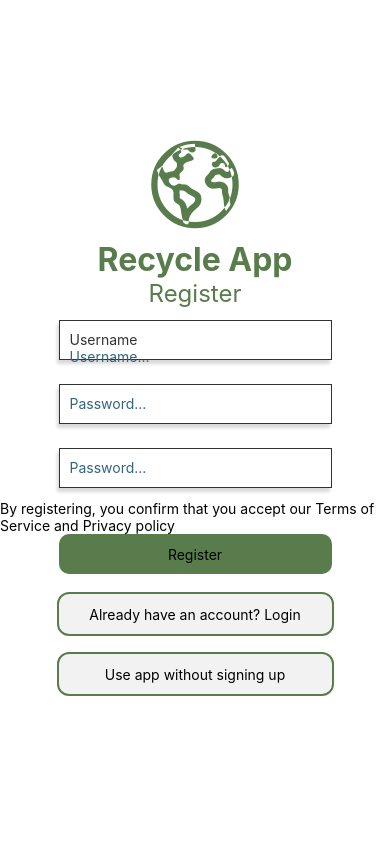
Repository: ct-pham/COMP4511
Screen: / (app in comp4511/)
The author's editor kept a copy of each file at every save. The screen is drawn from the files as they stood at one save, then again after the next save.
The app was drawn by React Native's web renderer in a window 390 px wide. The project was rebuilt for these pictures with package versions that can differ from the ones it lists, and the page was loaded fresh each time.

Above is the screen before, as saved 2022-11-07 16:57:25.

After the next save:
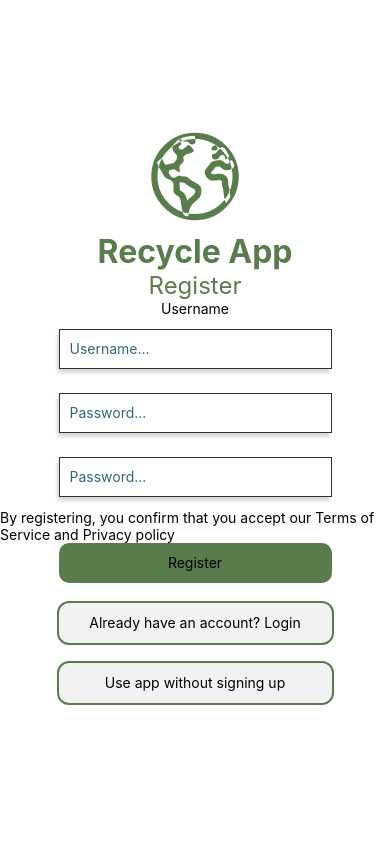
Saved 94 s later.
--- a/comp4511/Components/Register.js
+++ b/comp4511/Components/Register.js
@@ -21,8 +21,8 @@ export default function Login( {navigation}) {
 
             <Text style = {styles.title}>Recycle App</Text>
             <Text style = {styles.subtitle}>Register</Text>
+            <Text>Username</Text>
             <View style={styles.inputView}>
-                <Text>Username</Text>
                 <TextInput
                     style={styles.TextInput}
                     placeholder="Username..."

After the save that followed:
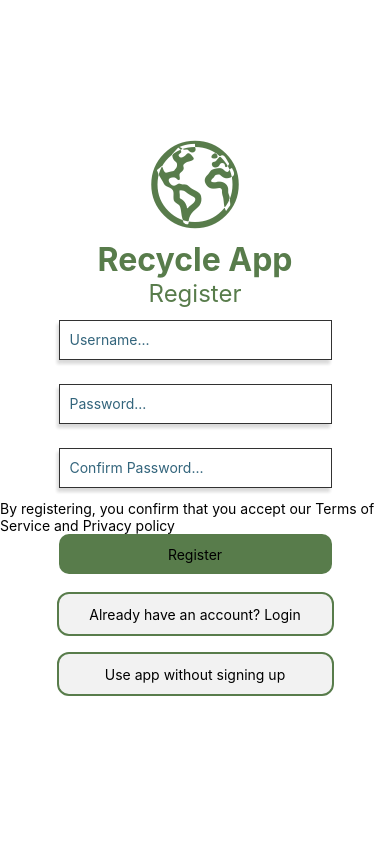
Saved 11 s later.
--- a/comp4511/Components/Register.js
+++ b/comp4511/Components/Register.js
@@ -21,7 +21,6 @@ export default function Login( {navigation}) {
 
             <Text style = {styles.title}>Recycle App</Text>
             <Text style = {styles.subtitle}>Register</Text>
-            <Text>Username</Text>
             <View style={styles.inputView}>
                 <TextInput
                     style={styles.TextInput}
@@ -41,7 +40,7 @@ export default function Login( {navigation}) {
             <View style={styles.inputView}>
                 <TextInput
                     style={styles.TextInput}
-                    placeholder="Password..."
+                    placeholder="Confirm Password..."
                     placeholderTextColor="#003f5c"
                     secureTextEntry={true}
                 />
